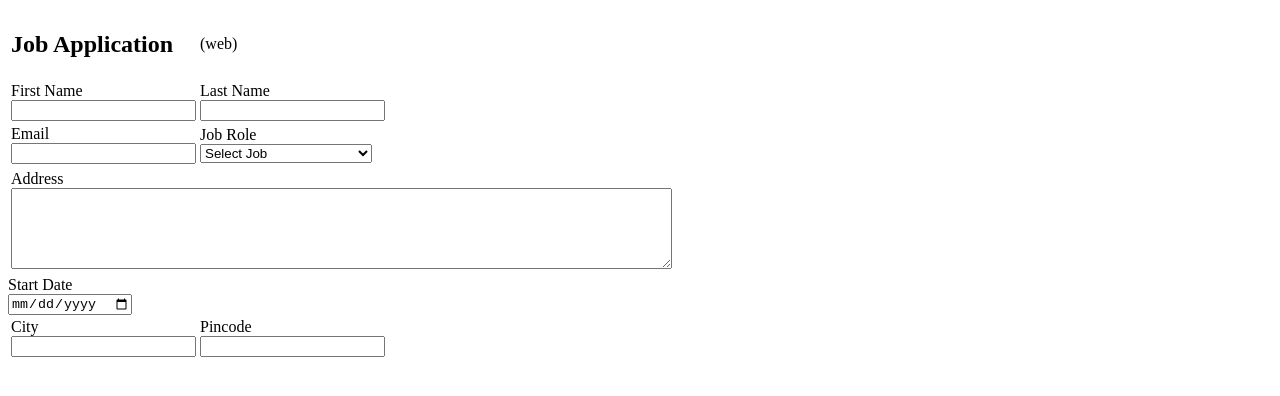
Repository: diensy/JOB-APPLICATION
Page: index.html
These files come from the project's save history. The page is drawn as it stood at one moment and after the next save; the edit follows.
The browser window is 1280 px wide. The pictures show the whole page.

Above is the page before, as saved 2024-02-27 00:44:52.

After the next save:
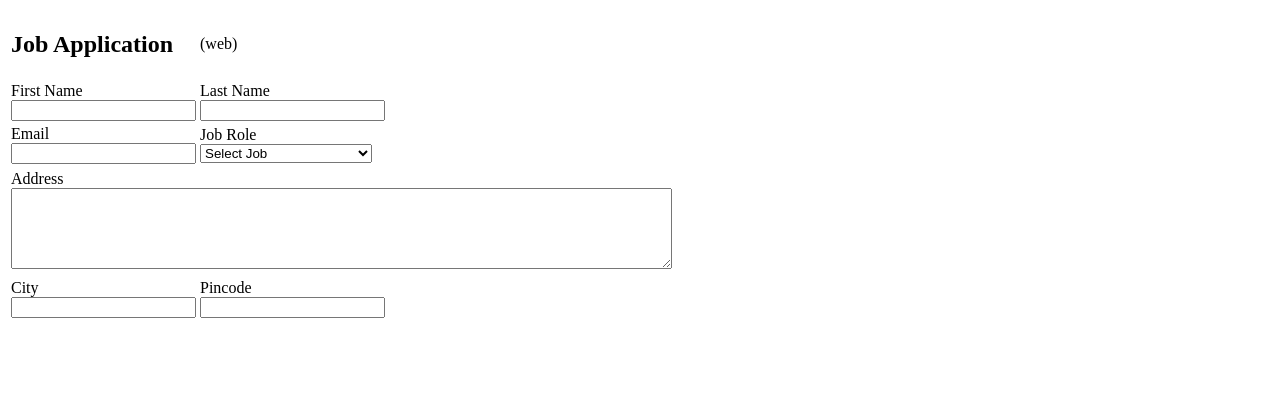
Saved 24 s later.
--- a/index.html
+++ b/index.html
@@ -67,11 +67,6 @@
             <input type="text" id="pin" />
           </td>
         </tr>
-        <tr>
-          <label for="date" id="date">Start Date</label>
-          <br />
-          <input type="date" />
-        </tr>
       </table>
     </form>
   </body>
